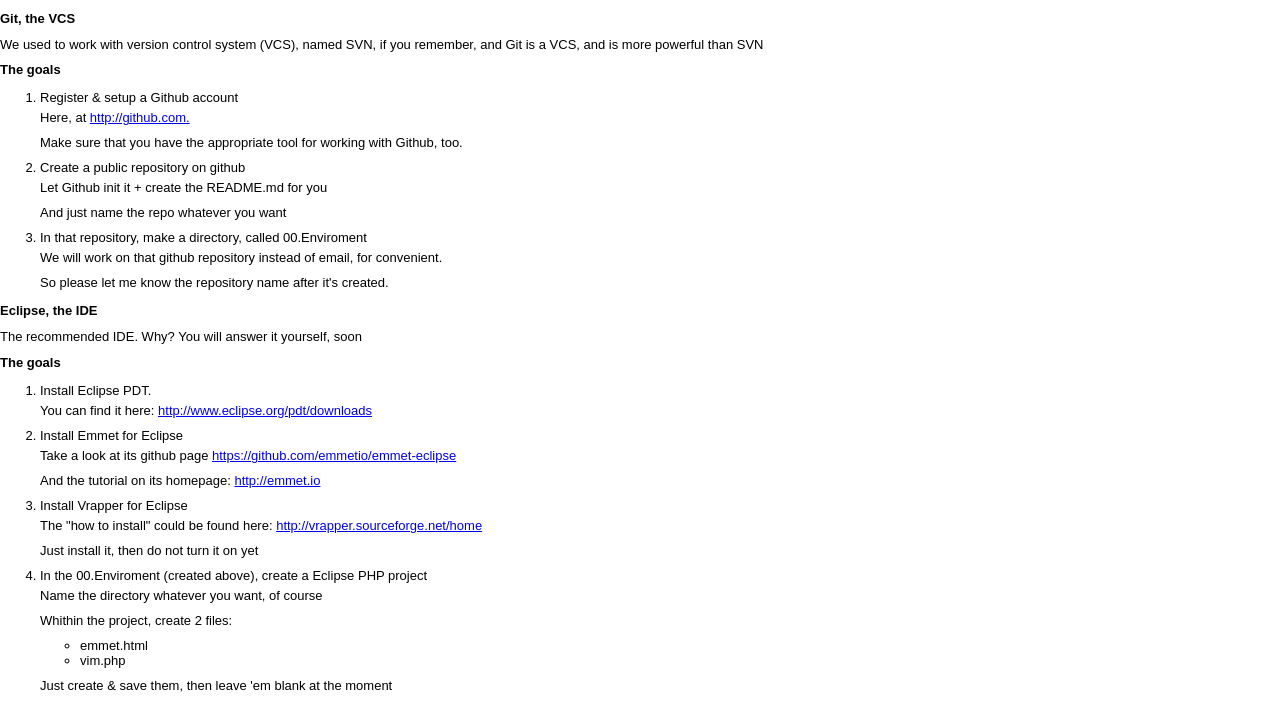
Repository: mrdo2010vn/00.enviroment
Page: 00.TestingEnviroment/emmet.html
An editor plug-in stored every save of this project. The page is shown before and after the next save, followed by the edit.
The browser window is 1280 px wide. The pictures show the whole page.

Above is the page before, as saved 2013-09-25 08:43:05.

### 00.TestingEnviroment/emmet.html
<!DOCTYPE html PUBLIC "-//W3C//DTD HTML 4.01 Transitional//EN" "http://www.w3.org/TR/html4/loose.dtd">
<html>
<head>
<meta http-equiv="Content-Type" content="text/html; charset=UTF-8">
<link rel="stylesheet" href="css/style.css" />
<title>00.Enviroment</title>
</head>
<body>
	<div class="part">
		<div class="title">
			<h2><span class="underscore">Git</span>, the VCS</h2>
			<p>We used to work with version control system (VCS), named SVN, if you remember, and Git is a VCS, and is more powerful than SVN</p>
		</div><!-- END .title -->
		<div class="content">
			<h2>The goals</h2>
			<ol>
				<li><span class="italic">Register & setup a Github account</span>
					<blockquote>
						<p>Here, at <a href="http://github.com">http://github.com.</a></p>
						<p>Make sure that you have the appropriate tool for working with Github, too.</p>
					</blockquote>
				</li>

				<li><span class="italic">Create a public repository on github</span>
					<blockquote>
						<p>Let Github init it + create the <span class="bold">README.md</span> for you</p>
						<p>And just name the repo whatever you want</p>
					</blockquote>
				</li>
				<li><span class="italic">In that repository, make a directory, called</span> <span class="bold italic">00.Enviroment</span>
					<blockquote>
						<p>We will work on that github repository instead of email, for convenient.</p>
						<p>So please let me know the repository name after it's created.</p>
					</blockquote>
				</li>
			</ol>
		</div><!-- END .content -->
	</div><!-- END .part -->

	<div class="part">
		<div class="title">
			<h2><span class="underscore">Eclipse</span>, the IDE</h2>
			<p>The recommended IDE. Why? You will answer it yourself, soon</p>
		</div><!-- END .title -->
		<div class="content">
			<h2>The goals</h2>
			<ol>
				<li><span class="italic">Install Eclipse PDT.</span>
					<blockquote>
						<p>You can find it here: <a href="http://www.eclipse.org/pdt/downloads">http://www.eclipse.org/pdt/downloads</a></p>
					</blockquote>
				</li>

				<li><span class="italic">Install Emmet for Eclipse</span>
					<blockquote>
						<p>Take a look at its github page <a href="https://github.com/emmetio/emmet-eclipse">https://github.com/emmetio/emmet-eclipse</a></p>
						<p>And the tutorial on its homepage: <a href="http://emmet.io">http://emmet.io</a></p>
					</blockquote>
				</li>
				<li><span class="italic">Install Vrapper for Eclipse</span>
					<blockquote>
						<p>The "how to install" could be found here: <a href="http://vrapper.sourceforge.net/home">http://vrapper.sourceforge.net/home</a></p>
						<p>Just install it, then <span class="bold">do not turn it on</span> yet</p>
					</blockquote>
				</li>
				<li><span class="italic">In the <span class="bold">00.Enviroment</span> (created above), create a Eclipse PHP project</span>
					<blockquote>
						<p>Name the directory whatever you want, of course</p>
						<p>Whithin the project, create 2 files:
							<ul>
								<li class="bold">emmet.html</li>
								<li class="bold">vim.php</li>
							</ul>
						</p>
						<p>Just create & save them, then leave 'em blank at the moment</p>
					</blockquote>
				</li>
			</ol>
		</div><!-- END .content -->
	</div><!-- END .part -->
</body>
</html>

### 00.TestingEnviroment/css/style.css
@CHARSET "UTF-8";
/* =============== HTML DEFAULT =============== */
html, body {
    margin: 0;
    padding: 0;
}
p, pre, blockquote{
    padding: 0;
    margin: 5px 0 10px 0;
}
html {
    font-size: 100%;
}
* {
	font-family: "Arial", sans-serif;
	font-size: 13px;
}

After the next save:
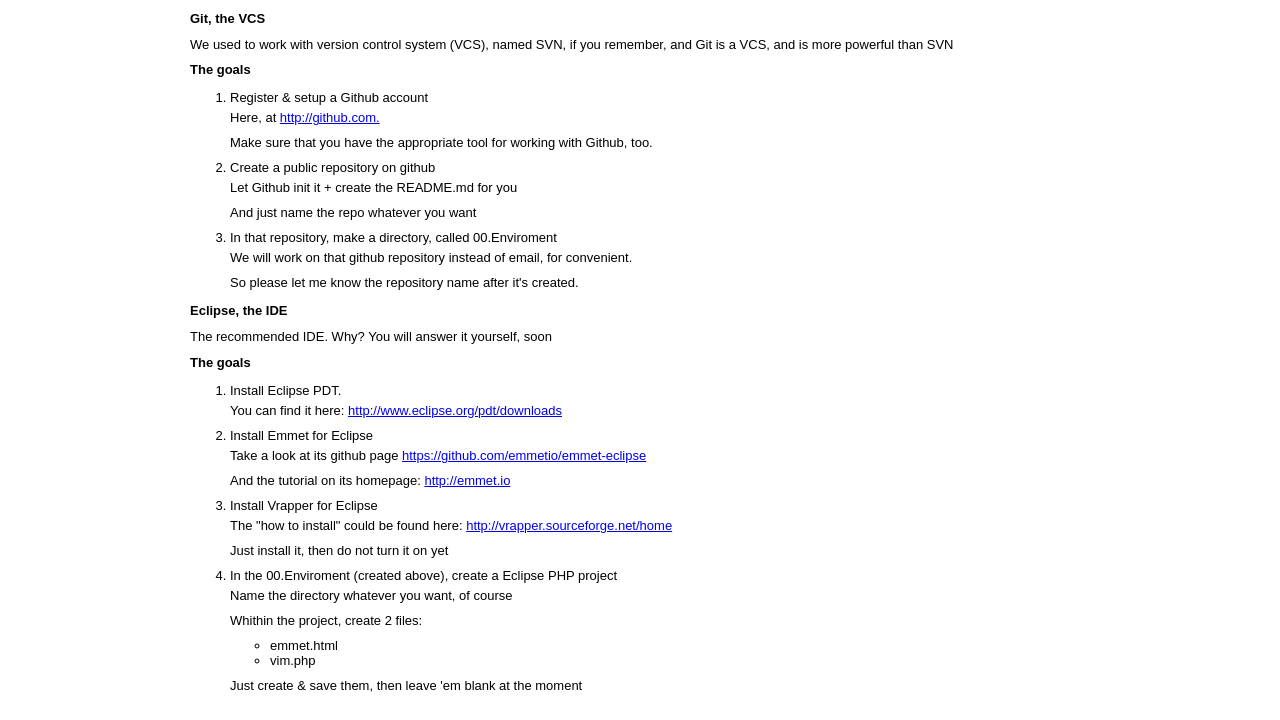
Saved 2 min 35 s later.
--- a/00.TestingEnviroment/css/style.css
+++ b/00.TestingEnviroment/css/style.css
@@ -1,4 +1,5 @@
 @CHARSET "UTF-8";
+
 /* =============== HTML DEFAULT =============== */
 html, body {
     margin: 0;
@@ -15,3 +16,9 @@
 	font-family: "Arial", sans-serif;
 	font-size: 13px;
 }
+
+/* ================ PART ================ */
+.part {
+	width: 900px;
+	margin: 0 auto;
+}
